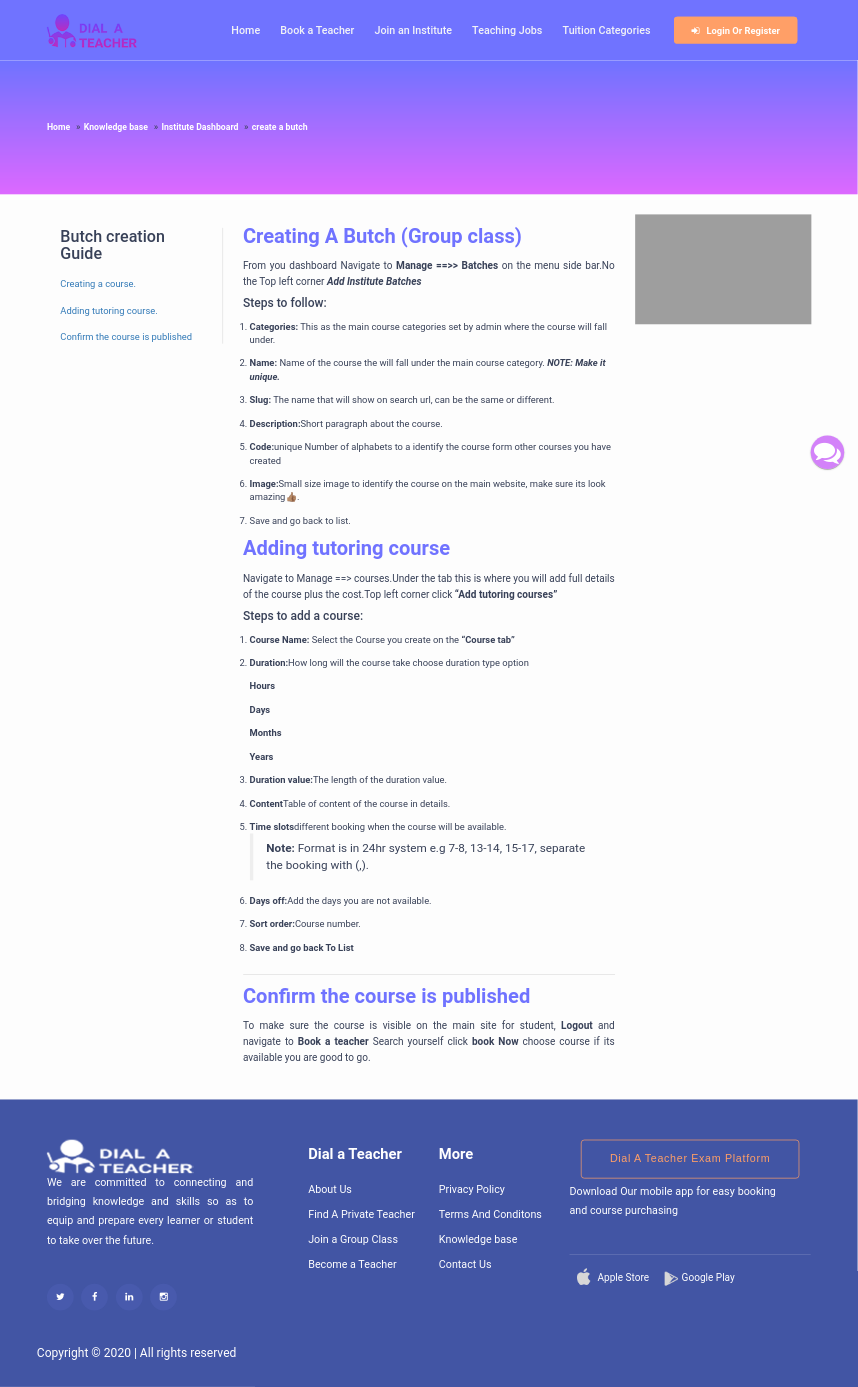
Repository: Samkiroko/DAT_knowledge
Page: knowledge_base/butch.html
These files come from the project's save history. The page is drawn as it stood at one moment and after the next save; the edit follows.
The browser window is 1280 px wide. The pictures show the whole page, at 67% of full size.
Pictures or frames that could not be fetched are drawn as grey boxes.

Above is the page before, as saved 2020-12-18 11:43:38.
Console error: TypeError: e.indexOf is not a function

After the next save:
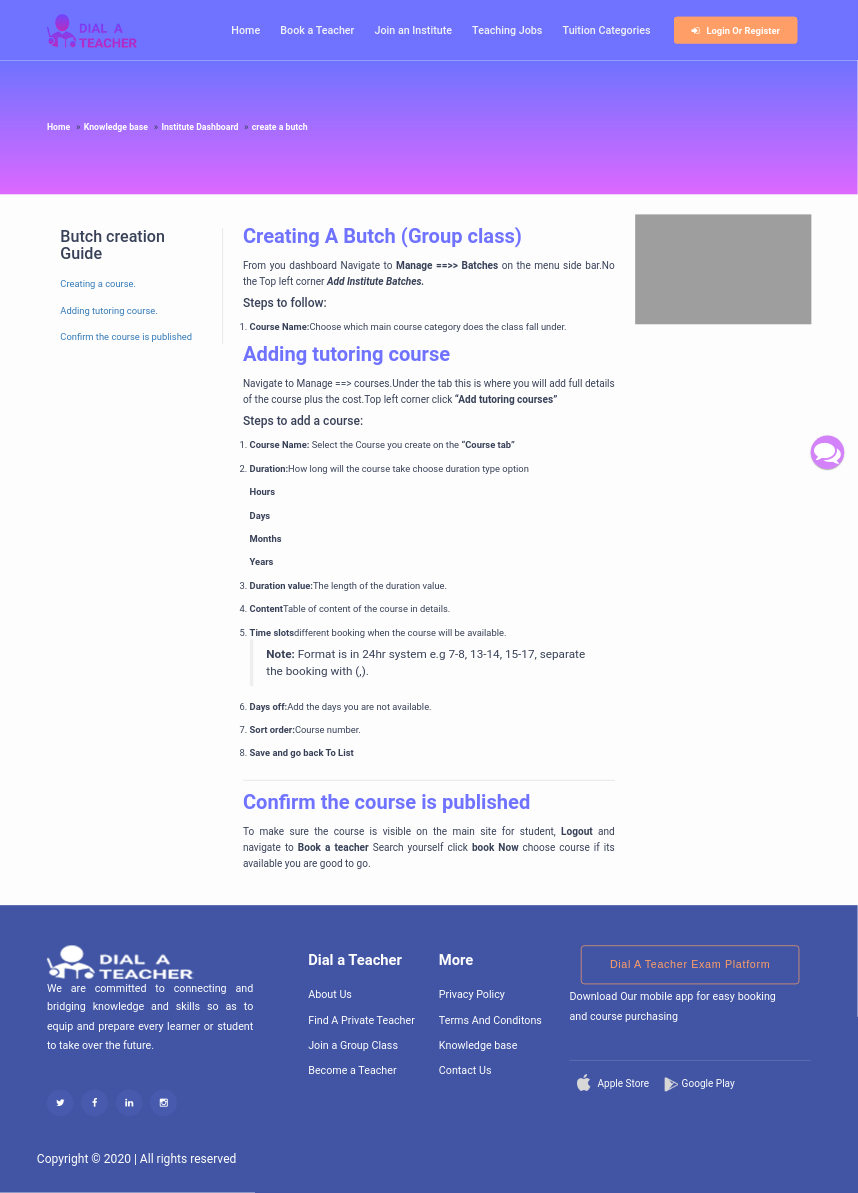
Saved 2 min 51 s later.
--- a/knowledge_base/butch.html
+++ b/knowledge_base/butch.html
@@ -152,21 +152,10 @@
               <div class="mwb-article-section__content-wrap" id="sec1">
                 <h2>Creating A Butch (Group class) </h2>
                 <p>From you dashboard Navigate to <b>Manage ==>> Batches</b> on the menu side bar.No the Top left
-                  corner <b><i>Add Institute Batches</i></b>
+                  corner <b><i>Add Institute Batches.</i></b>
                 <h4>Steps to follow:</h4>
                 <ol class="mwb-article-section__ordr-list">
-                  <li> <b>Categories:</b> This as the main course categories set by admin where the
-                    course will fall under.</li>
-                  <li> <b>Name:</b> Name of the course the will fall under the main course category.
-                    <b><i>NOTE: Make it unique.</i></b>
-                  </li>
-                  <li> <b>Slug:</b> The name that will show on search url, can be the same or different.</li>
-                  <li> <b>Description:</b>Short paragraph about the course.</li>
-                  <li> <b>Code:</b>unique Number of alphabets to a identify the course form other courses
-                    you have created</li>
-                  <li> <b>Image:</b>Small size image to identify the course on the main website,
-                    make sure its look amazing👍🏽.</li>
-                  <li>Save and go back to list.</li>
+                  <li><b>Course Name:</b>Choose which main course category does the class fall under.</li>
                 </ol>
 
                 </p>
